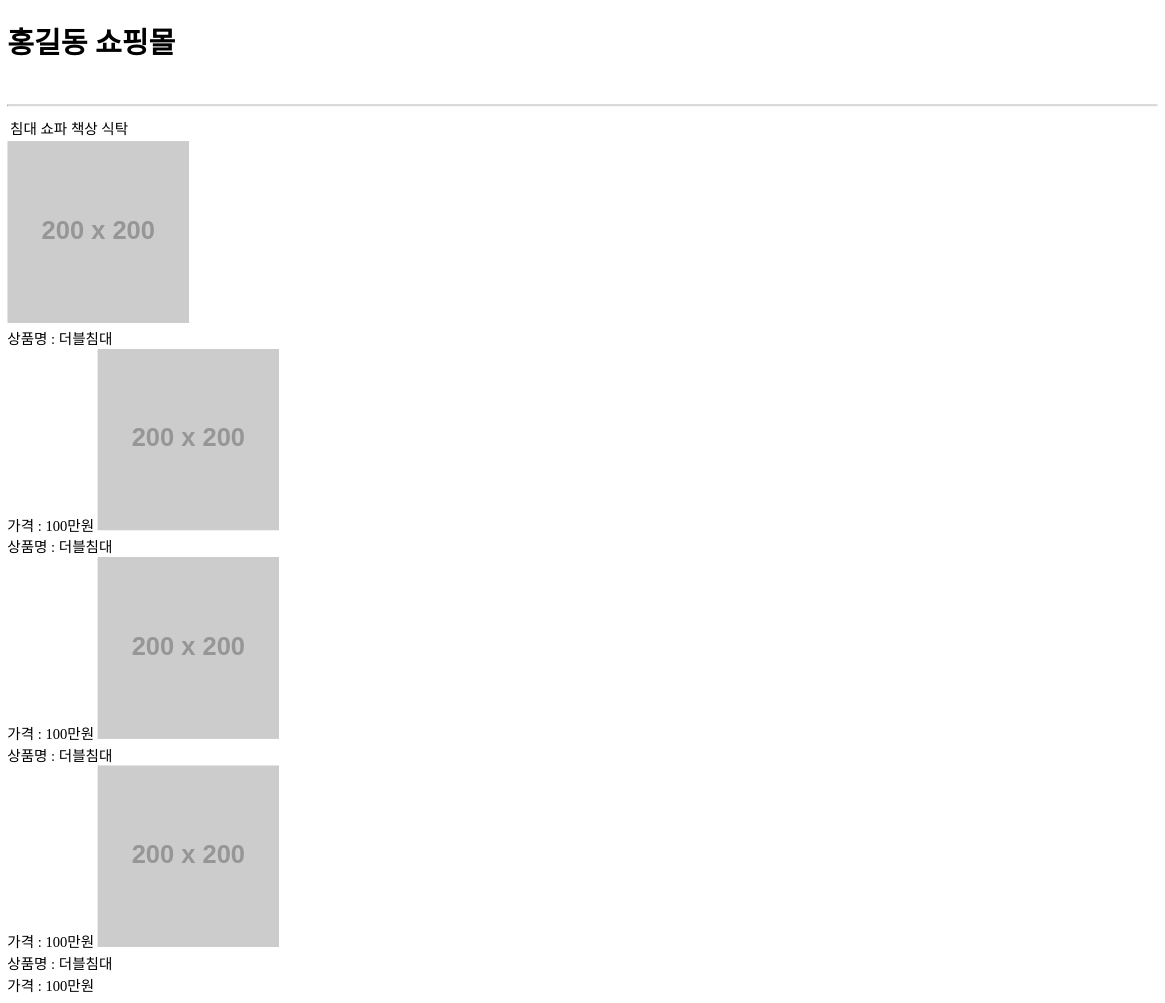
Repository: odasd/Ark-html
Page: 20200406/ex20200406/WebContent/ex07.html
The author's editor kept a copy of each file at every save. The page is drawn from the files as they stood at one save, then again after the next save.
The browser window is 1280 px wide. The pictures show the whole page, at 91% of full size.

Above is the page before, as saved 2020-04-06 07:29:29.

### 20200406/ex20200406/WebContent/ex07.html
<!DOCTYPE html>
<html>
<head>
<meta charset="UTF-8">
<title>Insert title here</title>
</head>
<body>
	<header>
		<h1>홍길동 쇼핑몰</h1>
		<br>
		<hr/>
	</header>

	<nav>
		<table>
			<tr>
				<td>침대</td>
				<td>쇼파</td>
				<td>책상</td>
				<td>식탁</td>
			</tr>

		</table>
	</nav>

	<section>
			<div>
				<span>
					<img src="http://placehold.it/200x200"><br>
					상품명 : 더블침대<br>
					가격 : 100만원
				</span>
				<span>
					<img src="http://placehold.it/200x200"><br>
					상품명 : 더블침대<br>
					가격 : 100만원
				</span>
				<span>
					<img src="http://placehold.it/200x200"><br>
					상품명 : 더블침대<br>
					가격 : 100만원
				</span>
				<span>
					<img src="http://placehold.it/200x200"><br>
					상품명 : 더블침대<br>
					가격 : 100만원
				</span>
			</div>
	</section>

	<footer>

	</footer>

</body>
</html>

After the next save:
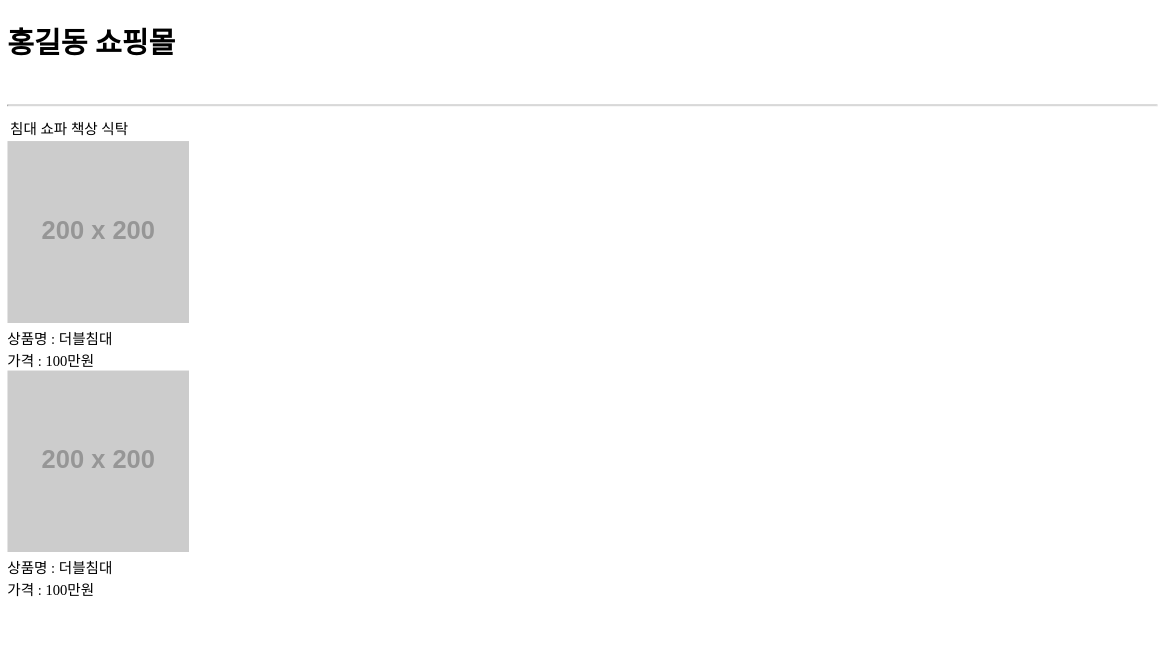
Saved 55 s later.
--- a/20200406/ex20200406/WebContent/ex07.html
+++ b/20200406/ex20200406/WebContent/ex07.html
@@ -30,16 +30,8 @@
 					상품명 : 더블침대<br>
 					가격 : 100만원
 				</span>
-				<span>
-					<img src="http://placehold.it/200x200"><br>
-					상품명 : 더블침대<br>
-					가격 : 100만원
-				</span>
-				<span>
-					<img src="http://placehold.it/200x200"><br>
-					상품명 : 더블침대<br>
-					가격 : 100만원
-				</span>
+			</div>
+			<div>
 				<span>
 					<img src="http://placehold.it/200x200"><br>
 					상품명 : 더블침대<br>
